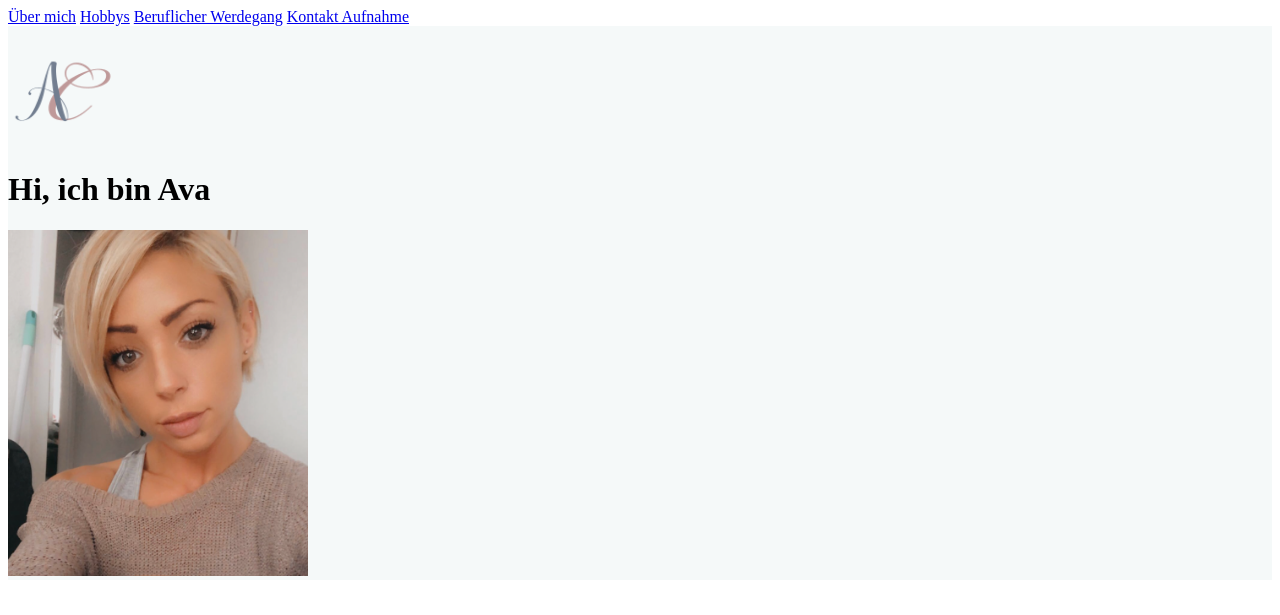
Repository: Ava-VictoriaCrivello/website
Page: index.html
These files come from the project's save history. The page is drawn as it stood at one moment and after the next save; the edit follows.
The browser window is 1280 px wide. The pictures show the whole page.
Some web fonts or font styles are not loaded; a fallback is used.

Above is the page before, as saved 2022-05-29 11:59:30.

### index.html
<!DOCTYPE html>
<html lang="en">
  <head>
    <meta charset="UTF-8" />
    <meta http-equiv="X-UA-Compatible" content="IE=edge" />
    <meta name="viewport" content="width=device-width, initial-scale=1.0" />
    <title>website</title>
    <link rel="stylesheet" href="style.css" />
    <link rel="preconnect" href="https://fonts.googleapis.com" />
    <link rel="preconnect" href="https://fonts.gstatic.com" crossorigin />
    <link
      href="https://fonts.googleapis.com/css2?family=Tiro+Telugu:ital@1&display=swap"
      rel="stylesheet"
    />
  </head>
  <body>
    <nav>
      <a class="button" href="#aboutme">Über mich</a>
      <a class="button" href="#hobbys">Hobbys</a>
      <a class="button" href="#work">Beruflicher Werdegang</a>
      <a class="button" href="#contact">Kontakt Aufnahme</a>
    </nav>

    <header>
      <img src="logo.png" width="120px" , height="" />
      <h1>Hi, ich bin Ava</h1>
      <img src="ich.png" width="300px" , height="" />
    </header>
  </body>
</html>

### style.css
header {
  background-color: rgb(245, 249, 249);
}

After the next save:
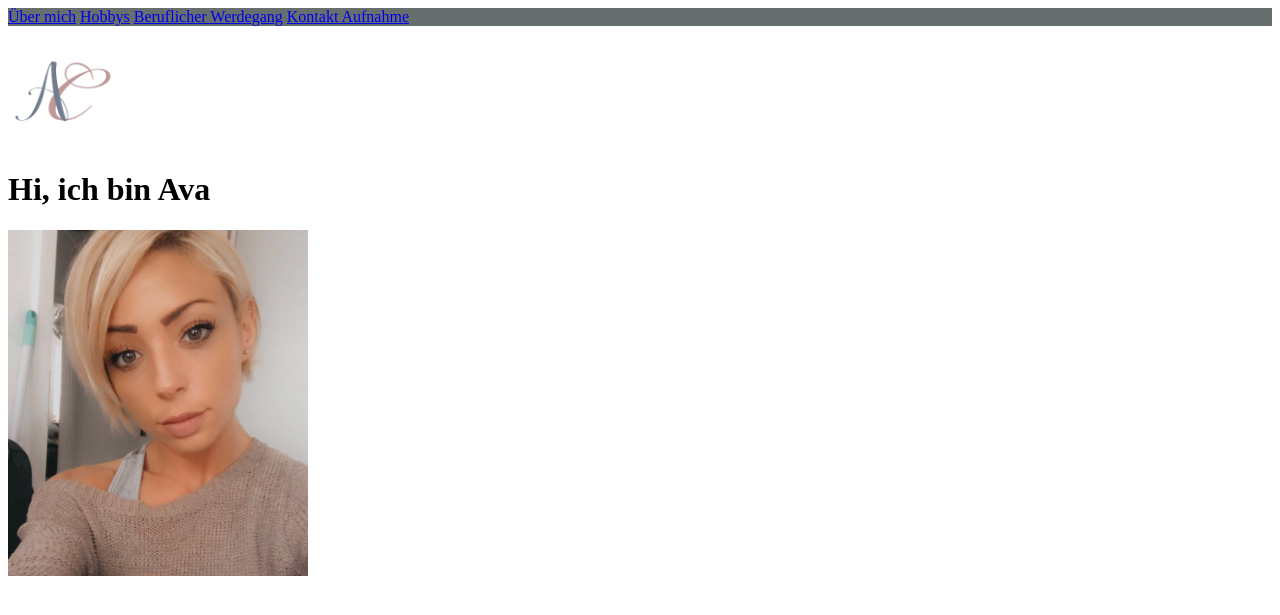
Saved 4 min 10 s later.
--- a/style.css
+++ b/style.css
@@ -1,3 +1,5 @@
-header {
-  background-color: rgb(245, 249, 249);
+nav {
+  background-color: rgb(103, 110, 110);
+  font-family: "Tiro Telugu", serif;
+  color: white;
 }
